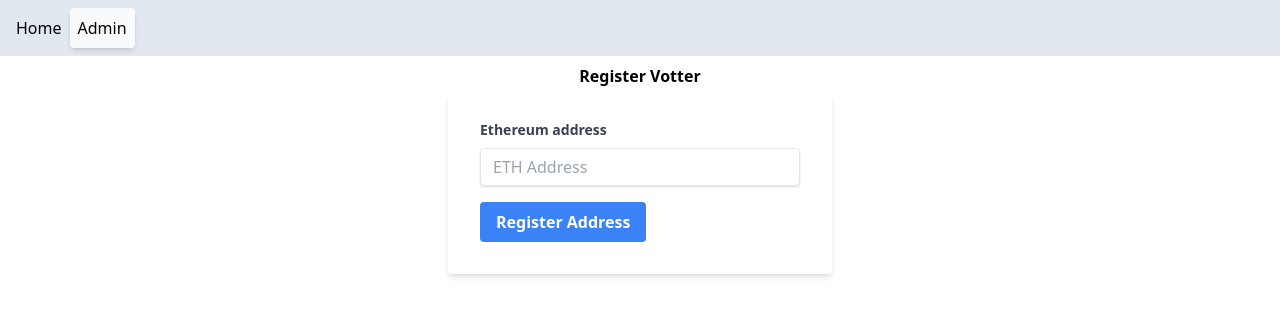
Repository: mavidev93/votting-app
Page: /admin
An editor plug-in stored every save of this project. The page is shown before and after a run of saves, followed by the edit.
The browser window is 1280 px wide. The pictures show the whole page.
The project was rebuilt for these pictures with package versions that can differ from the ones it lists, and the page was loaded fresh each time.

Above is the page before, as saved 2022-02-21 17:44:29.

After the next 6 saves:
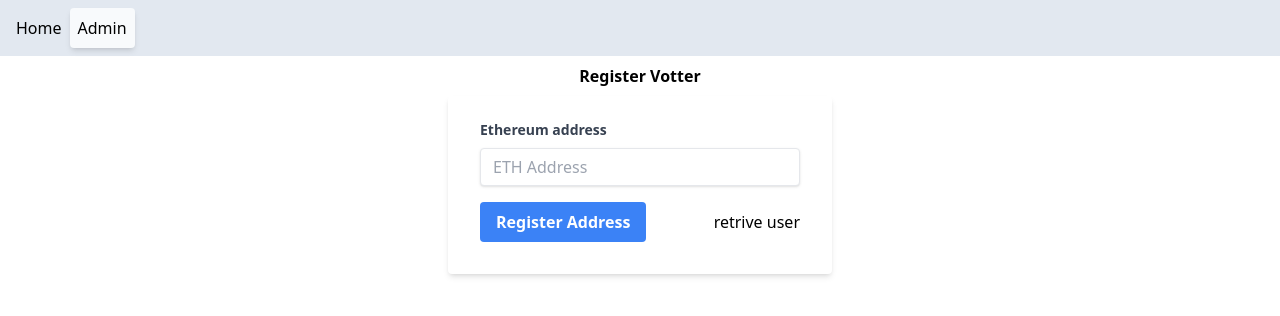
The 6 saves are shown as one change because 5 did not build or start.
The last was saved 62 s later.
--- a/src/Components/RegisterUser.tsx
+++ b/src/Components/RegisterUser.tsx
@@ -41,6 +41,10 @@ function RegisterUser() {
     }
   };
 
+  const handleRetriveUser = ()=>{
+
+  }
+
   const handleAddress = (event) => {
     setAddressVal(event.target.value);
   };
@@ -77,9 +81,8 @@ function RegisterUser() {
               Register Address
             </button>
 
-
             {/* #delete next */}
-
+            <button onClick={handleRetriveUser}>retrive user</button>
           </div>
         </form>
       </div>
